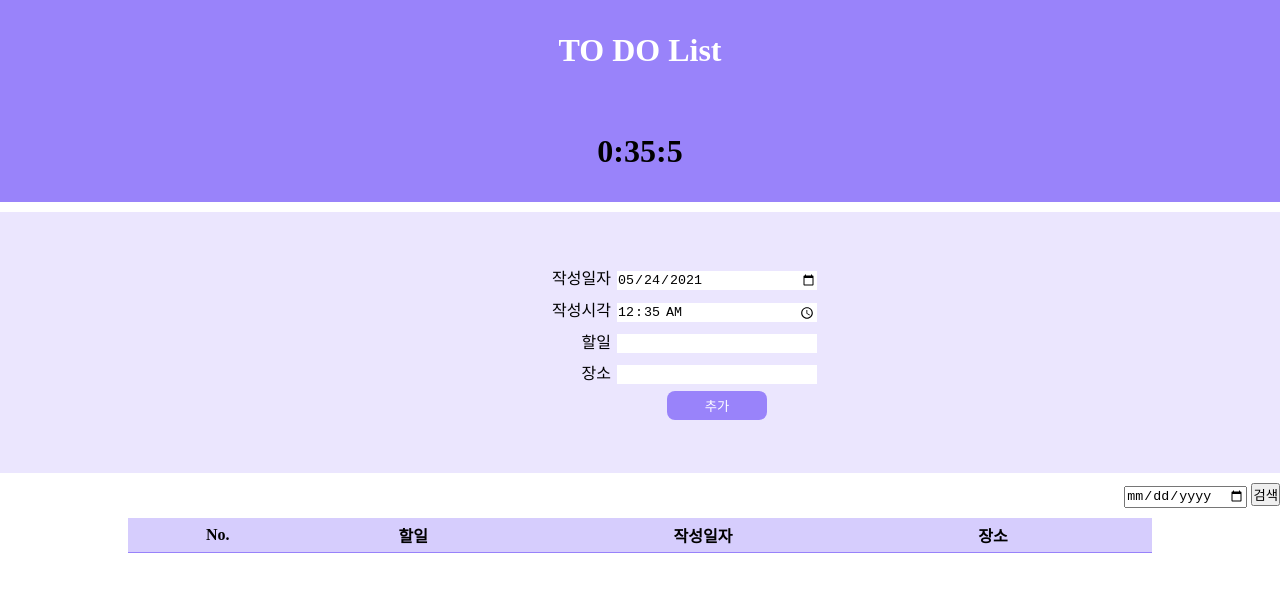
Repository: soyeon-noh/TodoList_Project
Page: http://localhost/Server_PR_TodoList/
These files come from the project's save history. The page is drawn as it stood at one moment and after the next save; the edit follows.
The browser window is 1280 px wide. The pictures show the whole page.
The page is served by Tomcat 9. Other server files are loaded and not shown. Queries for data that is not in the repository find no rows.

Above is the page before, as saved 2021-05-25 05:10:48.
Console error: SyntaxError: missing ) after argument list

### Server_PR_TodoList/src/main/webapp/WEB-INF/views/home.jsp
<%@ page language="java" contentType="text/html; charset=UTF-8"
    pageEncoding="UTF-8"%>
<%@ taglib uri="http://java.sun.com/jsp/jstl/core"
			prefix="c"%>
<c:set value="${pageContext.request.contextPath}"
		var="rootPath"/>
<!DOCTYPE html>
<html>
<head>
<meta charset="UTF-8">
<title>TODOList 메인화면</title>
<link href="${rootPath}/static/css/home.css?ver3" rel="stylesheet"/>

<style>

</style>


</head>
  <body>
  	<%@ include file="/WEB-INF/views/include_nav.jsp" %>
    <form class ="v1" method="POST">
    	<div>
    		<label for="date">작성일자</label>
    		<input name="td_date"
    				type="date" value="${TD.td_date}">
    	</div>

    	<div>
    		<label for="time">작성시각</label>
    		<input name="td_time"
    				type="time" value="${TD.td_time}">
    	</div>

    	<div>
    		<label for="todo">할일</label>
    		<input name="td_todo"
    				type="text" value="${TD.td_todo}">
    	</div>

    	<div>
    		<label for="place">장소</label>
    		<input name="td_place"
    				type="text" value="${TD.td_place}">
    	</div>
    	<div>
    		<label></label>
   			<button class="btn_insert" type="button">추가</button>
		</div>
    </form>

    <div class="select">
    	<input name="td_place" type="date">
    	<button class="btn_select" data-date="${TD.td_date}" type="button">검색</button>
    </div>

    <table id="tdlist">
      <tr>
        <th>No.</th>
        <th>할일</th>
        <th>작성일자</th>
        <th>장소</th>
        <th></th>
      </tr>
      <c:forEach items="${TDLIST}" var="TD" varStatus="i">
        <tr>
          <td>${i.count}</td>
          <td>${TD.td_todo}</td>
          <td>${TD.td_date}</td>
          <td>${TD.td_place}</td>
          <td><button class="btn_update" data-seq="${TD.td_seq}" type="button">
          		수정</button>
          		<button class="btn_delete" data-seq="${TD.td_seq}" type="button">
          		삭제</button></td>
        </tr>
      </c:forEach>
    </table>
  </body>

  <script>
  // html 코드가 다 화면에 뜨고 나서 실행하라는 명렁
  // 아래 한 줄의 코드가 있어야 어디든디 script를 넣을 수 있다.
	document.addEventListener("DOMContentLoaded",function(){

		document.querySelector("form.v1")
		.addEventListener("click", function(ev){
			let className = ev.target.className

			if(className == "btn_insert"){
				let td_todo = document.querySelector("input[name='td_todo']");
				if(td_todo.value == ""){
					alert("할 일은 반드시 입력해야합니다");
					td_todo.focus();
					return falsse;
				}

				document.querySelector("form.v1").submit();
			}
		})

		document.querySelector("div.select")
		.addEventListener("click", function(ev){
			let tagName = ev.target.tagName

			if(tagName == "BUTTON"){
				let date = ev.target.dataset.date;

				document
				.location
				.replace("${rootPath}"
						+ "/UD/select?td_date="
						+ date)
			}

		}

		document.querySelector("table#tdlist")
		.addEventListener("click", function(ev){
			let className = ev.target.className



			if(className == "btn_delete"){

				let seq = ev.target.dataset.seq
				alert(seq + " 삭제가 완료되었습니다.");

				document
				.location
				.replace( "${rootPath}"
						+ "/UD/delete?td_seq="
						+ seq )

			} else if(className == "btn_update"){

				let seq = ev.target.dataset.seq;

				document
				.location
				.href= "${rootPath}" +
						"/UD/update?td_seq="
						+ seq
			}

		})
	})
  </script>

</html>

### Server_PR_TodoList/src/main/webapp/WEB-INF/views/include_nav.jsp
<%@ page language="java" contentType="text/html; charset=UTF-8"
    pageEncoding="UTF-8"%>

<style>
	* {
		margin: 0;
		padding: 0;
		box-sizing: border-box;
	}

    h1.clock {
        color: black;
        text-align: center;
        background-color: rgba(153, 131, 250, 20);
        padding: 2rem;
    }

</style>
<h1>TO DO List</h1>
<h1 class="clock"></h1>
<h2 class="date"></h2>
<script>
	let date = document.querySelector(".date");

    function getDate(){
        const time = new Date();
        const year = time.getUTCFullYear();
        const month = time.getUTCMonth();
        const day = time.getUTCDay();
        date.textContent = year + "-" + month + "-" + day;
    }



	let clock = document.querySelector(".clock");

	function getTime() {
		  const time = new Date();
		  const hour = time.getHours();
		  const minutes = time.getMinutes();
		  const seconds = time.getSeconds();
		  clock.textContent = hour + ":" + minutes + ":" + seconds;



	}

	function init() {
	  setInterval(getTime, 1000);
	}

	init();
</script>

### Server_PR_TodoList/src/main/java/com/callor/todo/controller/HomeController.java
package com.callor.todo.controller;

import java.io.IOException;
import java.text.SimpleDateFormat;
import java.util.Date;
import java.util.List;

import javax.servlet.ServletException;
import javax.servlet.annotation.WebServlet;
import javax.servlet.http.HttpServlet;
import javax.servlet.http.HttpServletRequest;
import javax.servlet.http.HttpServletResponse;

import com.callor.todo.model.TodoListVO;
import com.callor.todo.service.TodoService;
import com.callor.todo.service.impl.TodoServiceImplV1;

@WebServlet("/")
public class HomeController extends HttpServlet{

	protected TodoService tdService;
	public HomeController() {
		tdService = new TodoServiceImplV1();
	}
	@Override
	protected void doGet(HttpServletRequest req, HttpServletResponse resp) throws ServletException, IOException {
		// TODO selectAll()
		List<TodoListVO> tdList = tdService.selectAll();
		req.setAttribute("TDLIST", tdList);

		// TODO insert()
		TodoListVO tdVO = new TodoListVO();

		// SimpleDateFormat : 날짜 및 시간을 형식화하고 구문 분석하는 메소드 제공
		SimpleDateFormat sd = new SimpleDateFormat("yyyy-MM-dd");
		SimpleDateFormat st = new SimpleDateFormat("HH:mm:ss");

		// 현재시간을 저장
		Date date = new Date(System.currentTimeMillis());

		// 현재 시간을 변환해 VO에 넣어준다
		tdVO.setTd_seq(0L);
		tdVO.setTd_date(sd.format(date));
		tdVO.setTd_time(st.format(date));

		req.setAttribute("TD", tdVO);

		// home.jsp 화면을 보여줘라
		RequestController.reqController(req, resp, "home");
	}
	@Override
	protected void doPost(HttpServletRequest req, HttpServletResponse resp) throws ServletException, IOException {
		// TODO insert()

		// 한글 인코딩 세팅
		req.setCharacterEncoding("UTF-8");

		// user가 입력한 data 확인
		String td_date = req.getParameter("td_date");
		String td_time = req.getParameter("td_time");
		String td_todo = req.getParameter("td_todo");
		String td_place = req.getParameter("td_place");

		TodoListVO tdVO = new TodoListVO();
		tdVO.setTd_date(td_date);
		tdVO.setTd_time(td_time);
		tdVO.setTd_todo(td_todo);
		tdVO.setTd_place(td_place);

		tdService.insert(tdVO);

		System.out.println("insert : " + tdVO);

		resp.sendRedirect("/todo");
	}

}

### Server_PR_TodoList/src/main/java/com/callor/todo/service/impl/TodoServiceImplV1.java
package com.callor.todo.service.impl;

import java.sql.Connection;
import java.sql.PreparedStatement;
import java.sql.ResultSet;
import java.sql.SQLException;
import java.util.ArrayList;
import java.util.List;

import com.callor.todo.config.DbInfo;
import com.callor.todo.config.MySQLConnection;
import com.callor.todo.model.TodoListVO;
import com.callor.todo.service.TodoService;

public class TodoServiceImplV1 implements TodoService{

	// 먼저 db와 연결
	protected Connection dbConn;

	public TodoServiceImplV1() {
		dbConn = MySQLConnection.getDBConnection();
	}


	protected List<TodoListVO> select(PreparedStatement pStr) throws SQLException{
		// TODO DB로부터 데이터를 받아와 List에 저장
		List<TodoListVO> tdList = new ArrayList<TodoListVO>();

		ResultSet rSet = pStr.executeQuery();
		while(rSet.next()) {
			TodoListVO tdVO = new TodoListVO();
			tdVO.setTd_seq(rSet.getLong(DbInfo.td_seq));
			tdVO.setTd_date(rSet.getString(DbInfo.td_date));
			tdVO.setTd_time(rSet.getString(DbInfo.td_time));
			tdVO.setTd_todo(rSet.getString(DbInfo.td_todo));
			tdVO.setTd_place(rSet.getString(DbInfo.td_place));
			tdList.add(tdVO);
		}

		// 데이터 확인
		System.out.println("select : " + tdList.toString());
		return tdList;
	}

	@Override
	public List<TodoListVO> selectAll() {
		// TODO List 전체 데이터 조회

		String sql = " SELECT * FROM tbl_todo_list ";
		sql += " ORDER BY td_date DESC, td_time DESC ";

		PreparedStatement pStr = null;

		try {
			pStr = dbConn.prepareStatement(sql);
			List<TodoListVO> tdList = this.select(pStr);
			pStr.close();

			System.out.println("selectAll : " + tdList.toString());
			return tdList;
		} catch (SQLException e) {
			// TODO Auto-generated catch block
			e.printStackTrace();
		}
		return null;
	}

	@Override
	public TodoListVO findById(Long seq) {
		// TODO 일련번호로 조회
		String sql = " SELECT * FROM tbl_todo_list ";
		sql += " WHERE td_seq = ? ";

		PreparedStatement pStr = null;

		try {
			pStr = dbConn.prepareStatement(sql);
			pStr.setLong(1, seq);

			List<TodoListVO> tdList = this.select(pStr);

			pStr.close();

			if(tdList != null && tdList.size() > 0) {
				return tdList.get(0);
			}


		} catch (SQLException e) {
			// TODO Auto-generated catch block
			e.printStackTrace();
		}
		return null;
	}

	@Override
	public List<TodoListVO> findByDate(String td_date) {
		// TODO 날짜로 조회
		String sql = " SELECT * FROM tbl_todo_list ";
		sql += " WHERE td_date = ? ";

		PreparedStatement pStr = null;

		try {
			pStr = dbConn.prepareStatement(sql);
			pStr.setString(1, td_date);

			List<TodoListVO> tdList = this.select(pStr);

			pStr.close();
			return tdList;

		} catch (SQLException e) {
			// TODO Auto-generated catch block
			e.printStackTrace();
		}
		return null;
	}

	@Override
	public List<TodoListVO> findByTodo(String td_todo) {
		// TODO 할일내용으로 조회
		return null;
	}

	@Override
	public List<TodoListVO> findByPlace(String td_place) {
		// TODO 장소로 조회
		return null;
	}

	@Override
	public Integer insert(TodoListVO tdVO) {
		// TODO 데이터 추가

		String sql = " INSERT INTO tbl_todo_list ";
		sql += " ( ";
		sql += " td_date, ";
		sql += " td_time, ";
		sql += " td_todo, ";
		sql += " td_place) ";
		sql += " VALUES( ?,?,?,? ) ";


		// SQL 구문을 실행시키는 객체
		PreparedStatement pStr = null;

		try {
			pStr = dbConn.prepareStatement(sql);
			pStr.setString(1, tdVO.getTd_date());
			pStr.setString(2, tdVO.getTd_time());
			pStr.setString(3, tdVO.getTd_todo());
			pStr.setString(4, tdVO.getTd_place());

			return pStr.executeUpdate();

		} catch (SQLException e) {
			// TODO Auto-generated catch block
			e.printStackTrace();
		}
		return null;
	}


	@Override
	public Integer update(TodoListVO tdVO) {
		// TODO 데이터 업데이트
		String sql = " UPDATE tbl_todo_list SET ";
		sql += " td_date = ?, ";
		sql += " td_time = ?, ";
		sql += " td_todo = ?, ";
		sql += " td_place = ? ";

		sql += " WHERE td_seq = ? ";

		PreparedStatement pStr = null;

		try {
			pStr = dbConn.prepareStatement(sql);
			pStr.setString(1, tdVO.getTd_date());
			pStr.setString(2, tdVO.getTd_time());
			pStr.setString(3, tdVO.getTd_todo());
			pStr.setString(4, tdVO.getTd_place());

			pStr.setLong(5, tdVO.getTd_seq());
			return pStr.executeUpdate();

		} catch (SQLException e) {
			// TODO Auto-generated catch block
			e.printStackTrace();
		}

		return null;
	}

	@Override
	public Integer delete(Long seq) {
		// TODO 데이터 삭제

		String sql = " DELETE FROM tbl_todo_list ";
		sql += "WHERE td_seq = ?";

		PreparedStatement pStr = null;

		try {
			pStr = dbConn.prepareStatement(sql);
			pStr.setLong(1, seq);
			return pStr.executeUpdate();

		} catch (SQLException e) {
			// TODO Auto-generated catch block
			e.printStackTrace();
		}
		return null;
	}
}

### Server_PR_TodoList/src/main/java/com/callor/todo/config/MySQLConnection.java
package com.callor.todo.config;

import java.sql.Connection;
import java.sql.DriverManager;
import java.sql.SQLException;

public class MySQLConnection {

	private static Connection dbConn;

	static {

		String jdbcDriver = "com.mysql.cj.jdbc.Driver";
		String url = "jdbc:mysql://localhost:3306/todolist";
		String username = "tdUser";
		String password = "12345";

		try {
			Class.forName(jdbcDriver);
			if(dbConn == null) {
				dbConn = DriverManager.getConnection(url, username, password);
			}
			System.out.println("MySQL 접속 성공!!");
		} catch (ClassNotFoundException e) {
			System.out.println("MySQL Driver 를 찾을 수 없음");
		} catch (SQLException e) {
			System.out.println("MySQL DBMS 연결 실패");
		}
	}

	public static Connection getDBConnection() {
		return dbConn;
	}

}

### Server_PR_TodoList/src/main/java/com/callor/todo/model/TodoListVO.java
package com.callor.todo.model;

import lombok.AllArgsConstructor;
import lombok.Getter;
import lombok.NoArgsConstructor;
import lombok.Setter;
import lombok.ToString;

@Getter
@Setter
@ToString
@NoArgsConstructor
@AllArgsConstructor
public class TodoListVO {

	private Long td_seq;	//BIGINT
    private String td_date;	//VARCHAR(20)
    private String td_time;	//VARCHAR(20)
	private String td_todo;	//VARCHAR(200)
    private String td_place;	//VARCHAR(125)
}

### Server_PR_TodoList/src/main/java/com/callor/todo/controller/RequestController.java
package com.callor.todo.controller;

import java.io.IOException;

import javax.servlet.ServletException;
import javax.servlet.http.HttpServlet;
import javax.servlet.http.HttpServletRequest;
import javax.servlet.http.HttpServletResponse;

public class RequestController extends HttpServlet{

	public static void reqController (HttpServletRequest req,
			HttpServletResponse resp, String file) throws ServletException, IOException {

		String root = "/WEB-INF/views/" + file + ".jsp";

		req.getRequestDispatcher(root)
		.forward(req, resp);


	}

}

### Server_PR_TodoList/src/main/webapp/static/css/home.css
@charset "UTF-8";

/* 여백 초기화 */
* {
	margin: 0;
	padding: 0;
	box-sizing: border-box;
}

h1 {
	color: white;
	text-align: center;
	background-color: rgba(153,131,250,1);
	padding: 2rem;

}

form.v1 {
	background-color: rgba(153,131,250,0.2);
	padding: 3rem 5rem 3rem 5rem;
	margin: 10px auto;
}

form.v1 div {
	text-align: center;
	margin: 5px;
}

form.v1 div label{
	display: inline-block;

	width: 150px;
	text-align: right;
}

form.v1 input{
	width: 200px;
	border: 1px;
	height: 1.2rem;
	margin: 2px;
}

form.v1 div button{
		outline: 0;
		border: 0;
		width: 100px;
		color: white;
		padding: 5px;
		background-color: rgba(153,131,250,1);
		border-radius: 8px;


}

/* 여기왜안됨*/
div.select{
	text-align: right;
	margin: 10px auto;
}

table {
	border-collapse: collapse;
	width: 80%;
	margin: 10px auto;
}

td, th {
	border-bottom: 1px solid #9882FA;
	padding: 5px;
	text-align: center;
}

th {
	background-color: rgba(153,131,250,0.4);
}

After the next save:
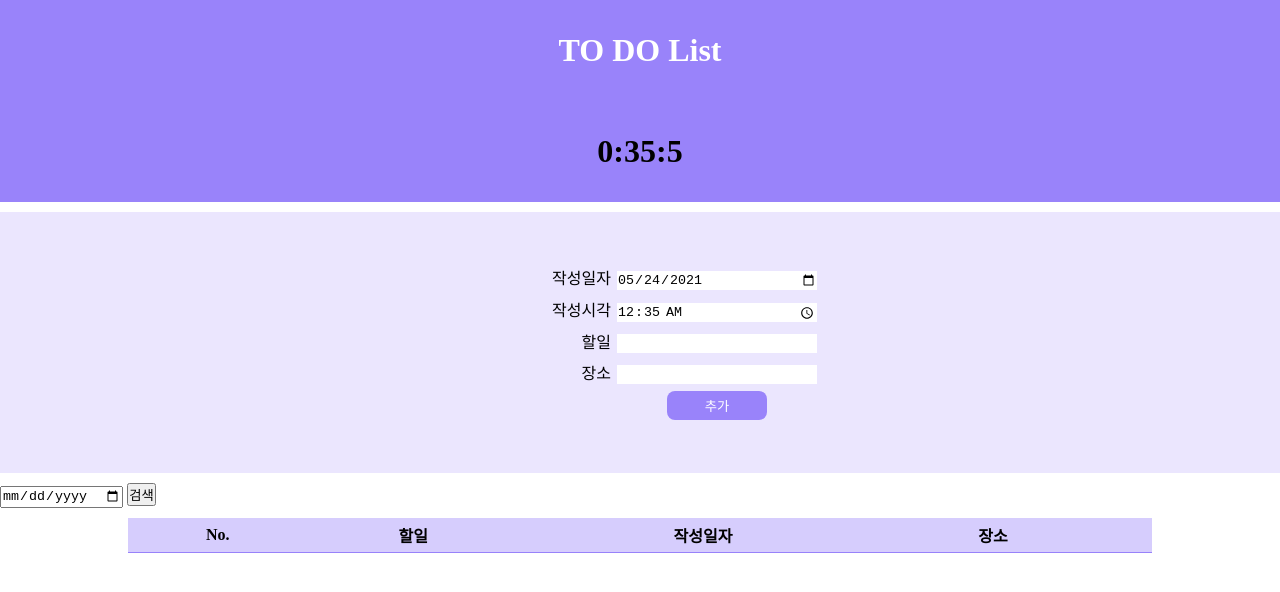
Saved 68 s later.
--- a/Server_PR_TodoList/src/main/webapp/WEB-INF/views/home.jsp
+++ b/Server_PR_TodoList/src/main/webapp/WEB-INF/views/home.jsp
@@ -49,10 +49,10 @@
 		</div>
     </form>
 
-    <div class="select">
+    <form class="select" method="POST">
     	<input name="td_place" type="date">
     	<button class="btn_select" data-date="${TD.td_date}" type="button">검색</button>
-    </div>
+    </form>
 
     <table id="tdlist">
       <tr>

After the 2 saves that followed:
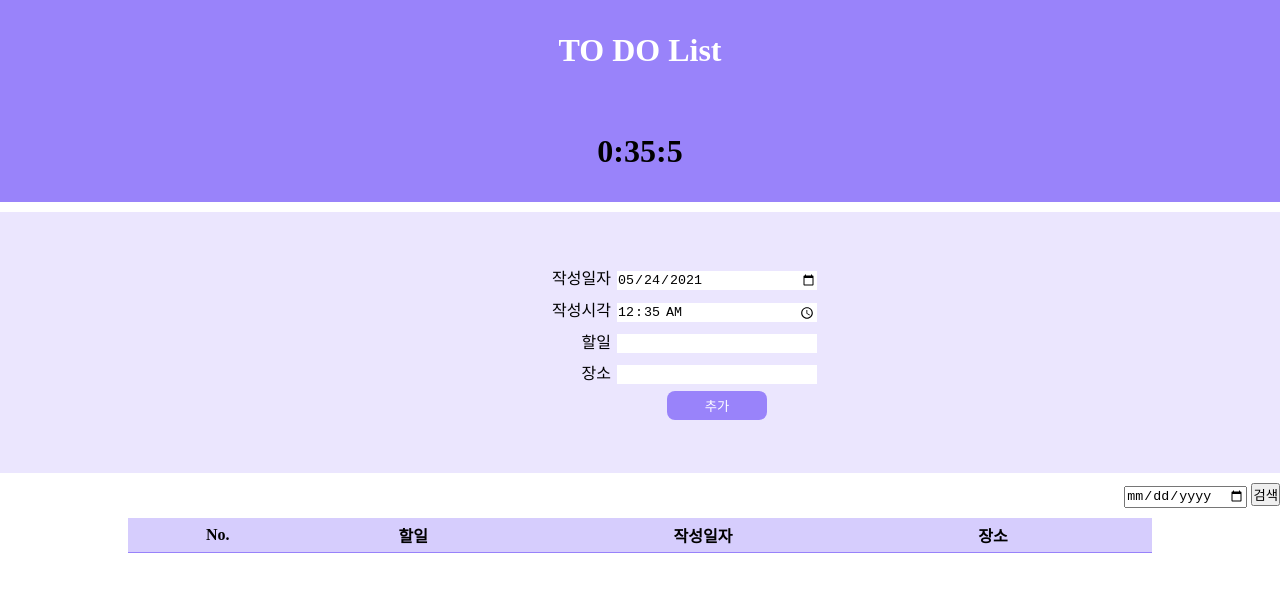
The 2 saves are shown as one change because 1 left the picture as it was.
The last was saved 18 s later.
--- a/Server_PR_TodoList/src/main/webapp/WEB-INF/views/home.jsp
+++ b/Server_PR_TodoList/src/main/webapp/WEB-INF/views/home.jsp
@@ -98,7 +98,7 @@
 			}
 		})
 
-		document.querySelector("div.select")
+		document.querySelector("form.select")
 		.addEventListener("click", function(ev){
 			let tagName = ev.target.tagName
 
--- a/Server_PR_TodoList/src/main/webapp/static/css/home.css
+++ b/Server_PR_TodoList/src/main/webapp/static/css/home.css
@@ -53,7 +53,7 @@ form.v1 div button{
 }
 
 /* 여기왜안됨*/
-div.select{
+form.select{
 	text-align: right;
 	margin: 10px auto;
 }
